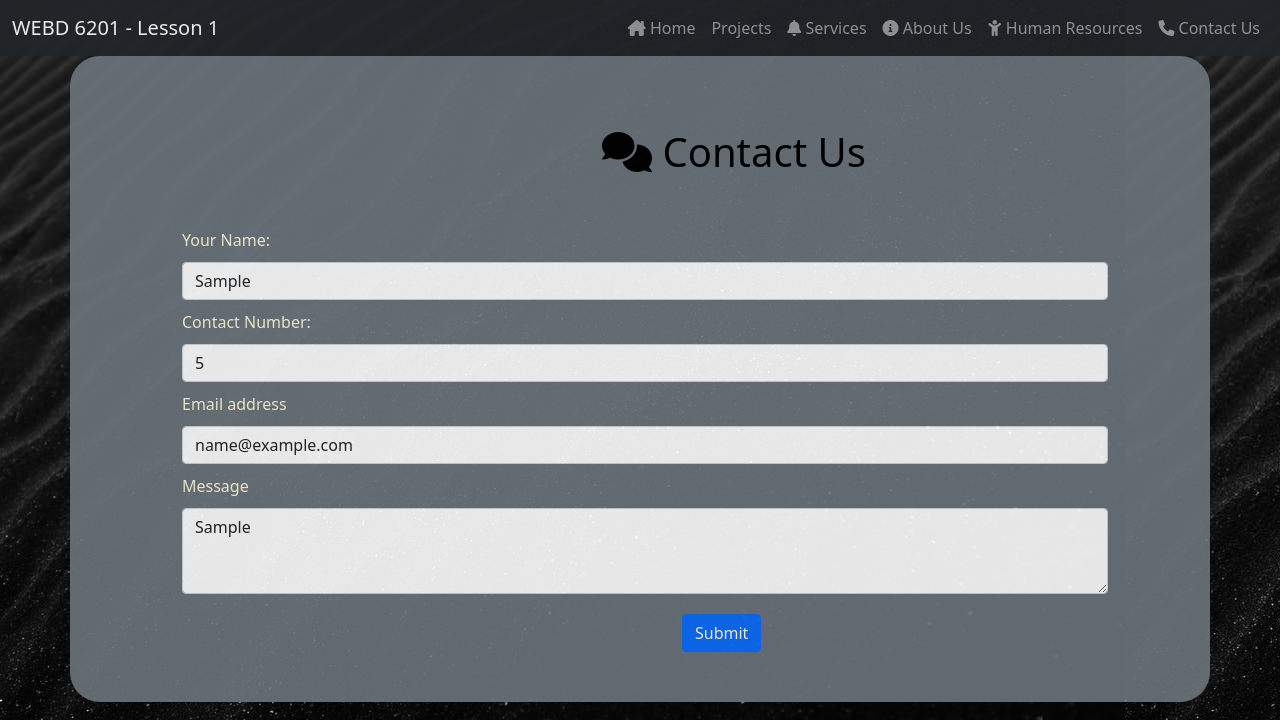
Repository: devanshudave1901/DevanshuDave_AngaranYogeswaranLab2
Page: contact.html
An editor plug-in stored every save of this project. The page is shown before and after the next save, followed by the edit.
The browser window is 1280 px wide. The pictures show the whole page.
Empty fields were first filled with sample values (such as "Sample", 5 or name@example.com).
After loading, the first visible `#submitButton` was clicked once.

Above is the page before, as saved 2022-02-11 21:56:54.

After the next save:
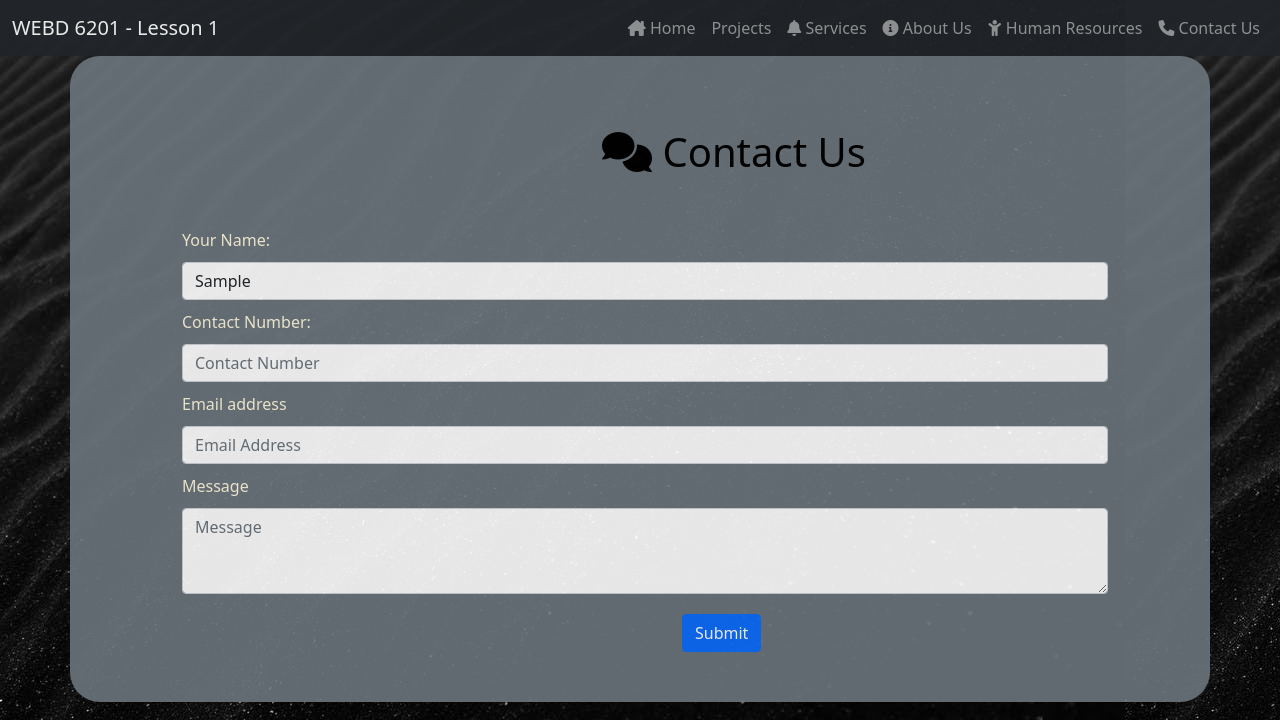
Saved 3 min 24 s later.
--- a/Scripts/app.js
+++ b/Scripts/app.js
@@ -13,7 +13,12 @@
     window.location.href = "./index.html";
   }
 }
-
+function clearInputField() {
+  // document.getElementById("InputName").empty;
+  document.getElementById("InputEmail1").value = "";
+  document.getElementById("InputNumber").value = "";
+  document.getElementById("InputMessage").value = "";
+}
 function contactPage() {
   // alert(document.title);
   //Variable that is used to get the Element of the contactId
@@ -55,7 +60,7 @@
     // document.getElementById("InputEmail1").value = "";
     // document.getElementById("InputNumber").value = "";
     // document.getElementById("InputMessage").value = "";
-
+    clearInputField();
     formTimer();
   });
   //Set the background of the page to the dc logo

After the save that followed:
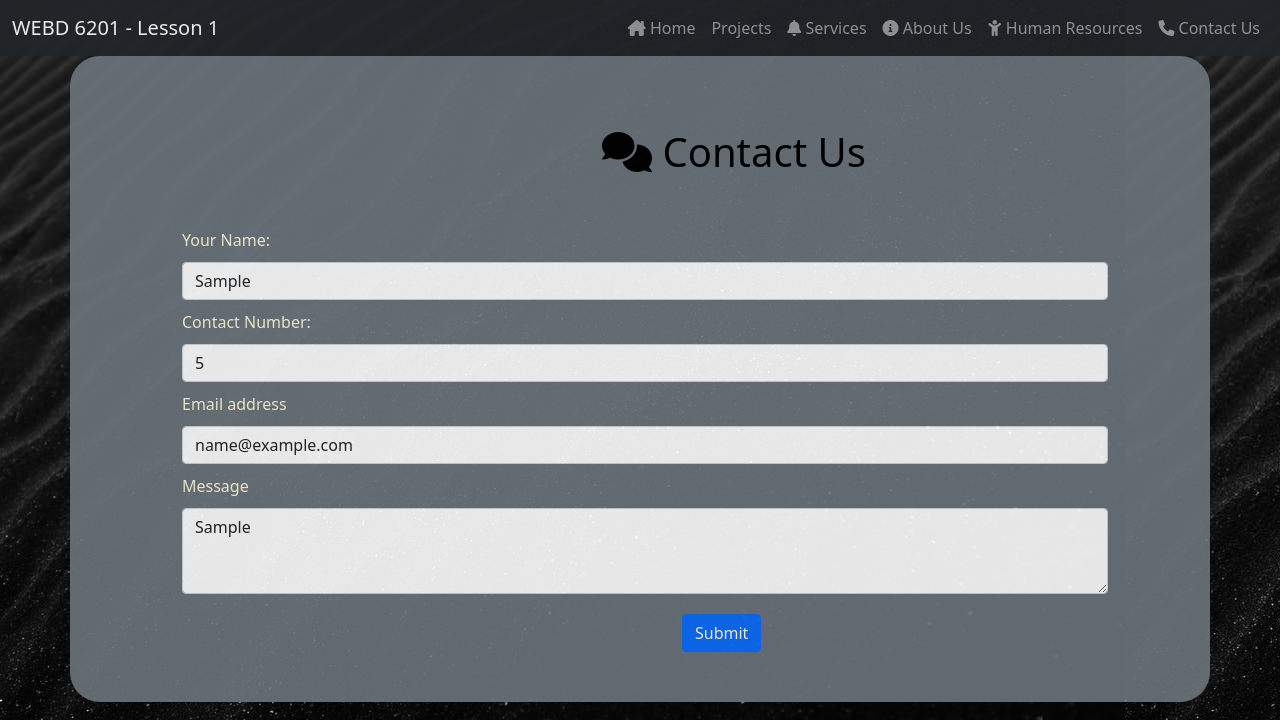
Saved 110 s later.
--- a/Scripts/app.js
+++ b/Scripts/app.js
@@ -60,7 +60,7 @@
     // document.getElementById("InputEmail1").value = "";
     // document.getElementById("InputNumber").value = "";
     // document.getElementById("InputMessage").value = "";
-    clearInputField();
+    //clearInputField();
     formTimer();
   });
   //Set the background of the page to the dc logo
